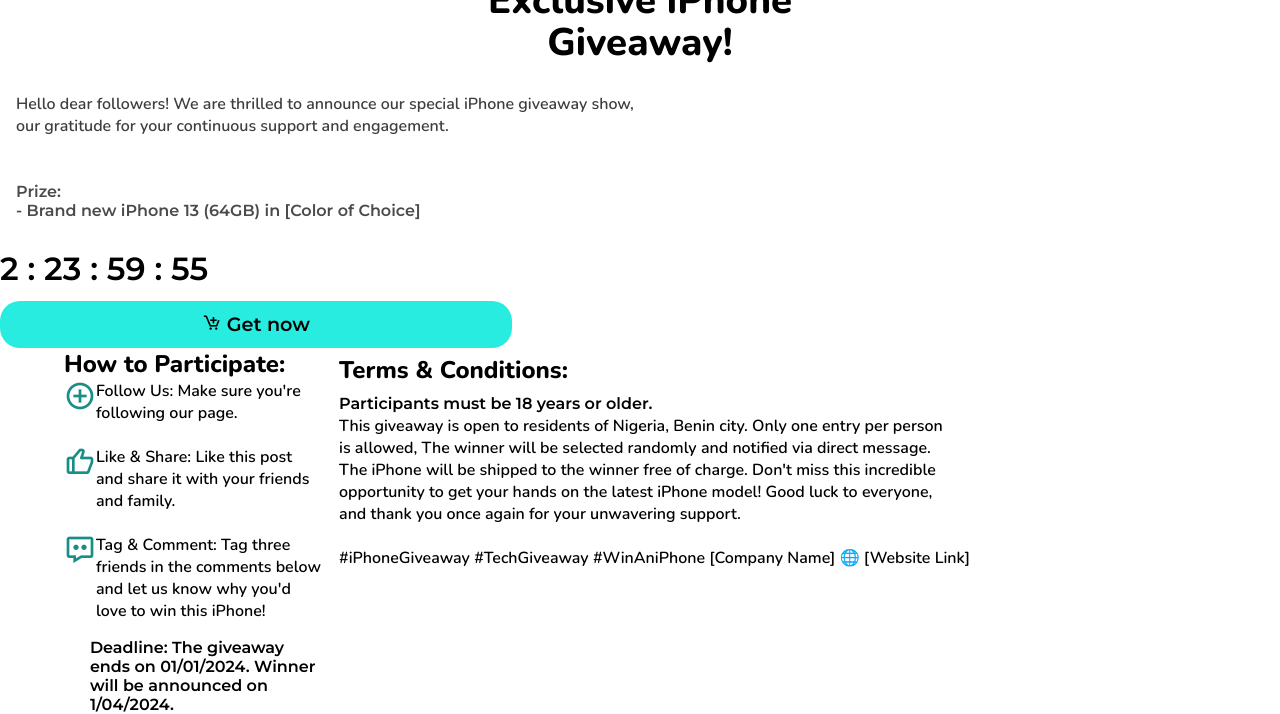
Repository: pasafista/freebie-iphone-webpage
Page: index.html
The author's editor kept a copy of each file at every save. The page is drawn from the files as they stood at one save, then again after the next save.
The browser window is 1280 px wide. The pictures show the part of the page from y = 792 to 1518 px (the page is 1506 px tall before and 1518 px after).
A picture or video elsewhere on the page could not be fetched, so the positions and the page height are approximate.

Above is the page before, as saved 2024-01-02 00:45:50.

After the next save:
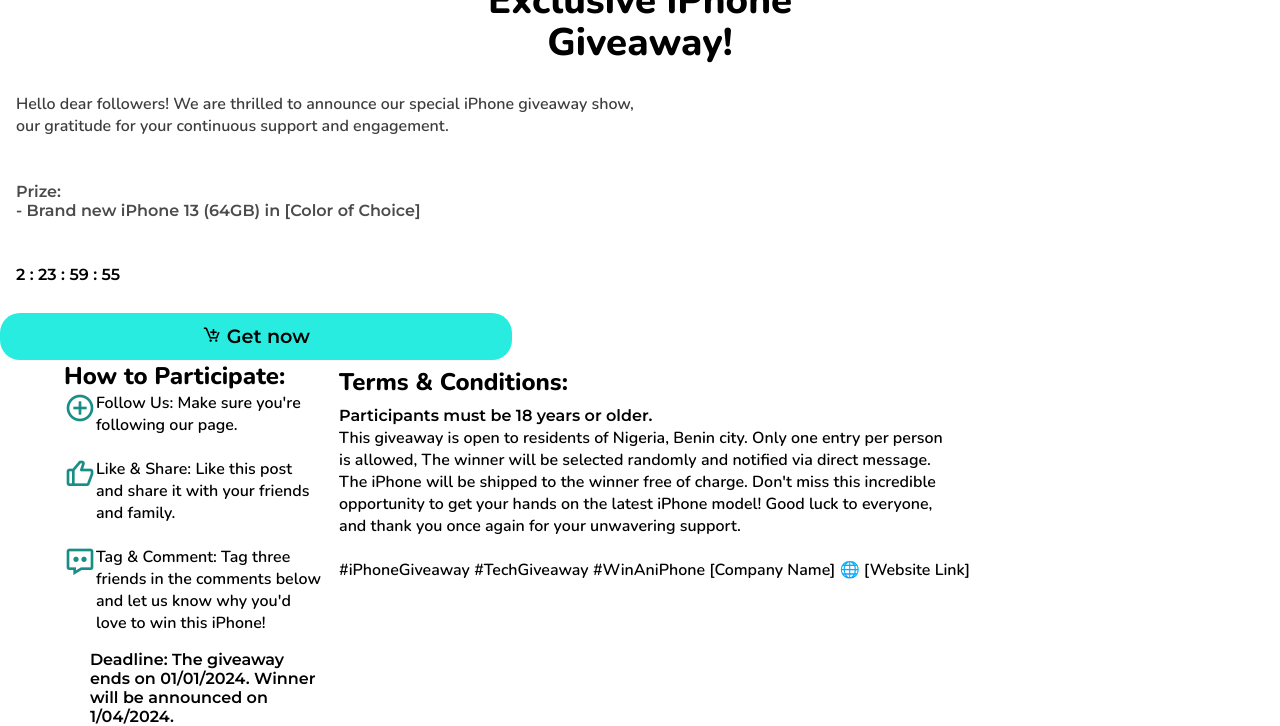
Saved 12 s later.
--- a/style.css
+++ b/style.css
@@ -152,5 +152,11 @@
         padding: 1em;
     }
 
+ .timer{
+    font-size: 1rem;
+    text-align: justify;
+    padding: 1em;
+}
 
+ }
 }
